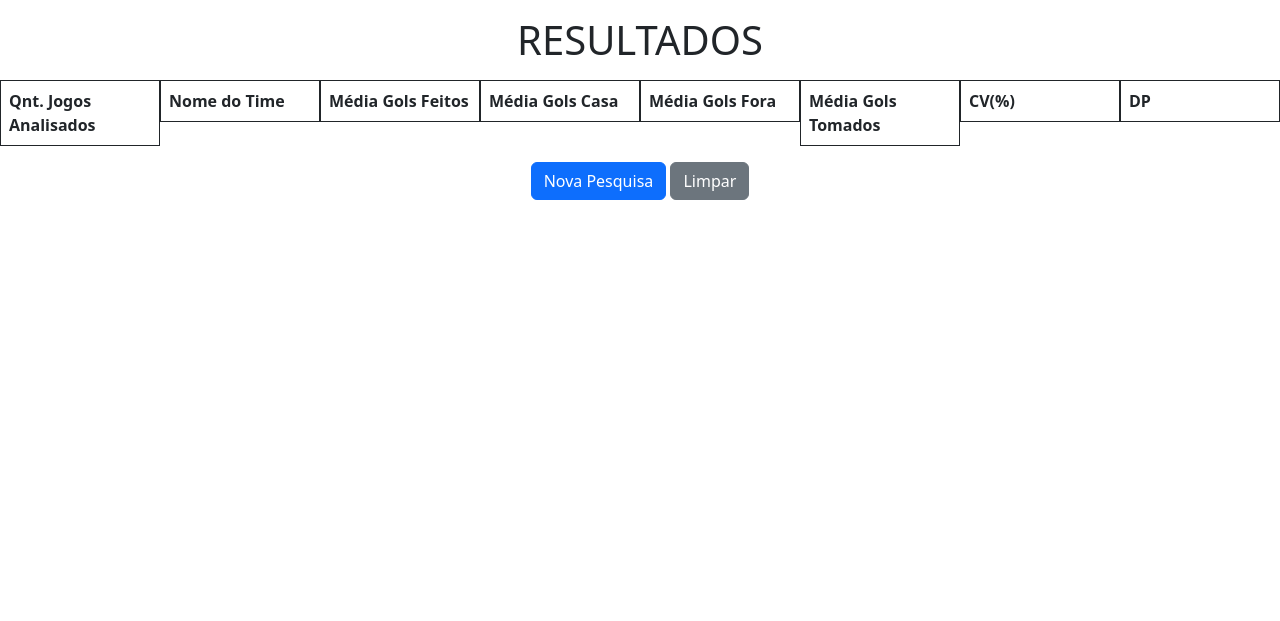
Repository: ricardodamaceno/Coeficiente-de-Variacao-de-Gols
Page: http://localhost/resposta
These files come from the project's save history. The page is drawn as it stood at one moment and after the next save; the edit follows.
The browser window is 1280 px wide. The pictures show the whole page.
The page is this project's Thymeleaf template; nobody is signed in. The template is opened directly, without the code that normally fills it, so the values that code supplies are empty.

Above is the page before, as saved 2022-09-29 19:50:51.

After the next save:
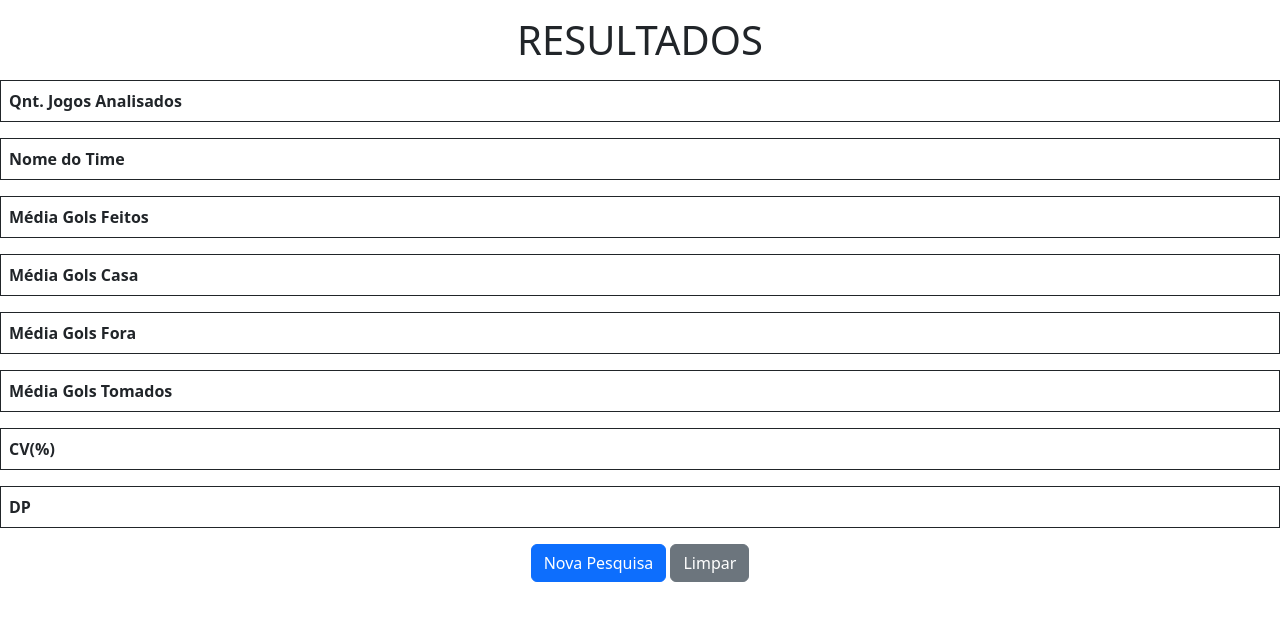
Saved 5 min 35 s later.
--- a/aposta-tozo/src/main/resources/templates/resposta.html
+++ b/aposta-tozo/src/main/resources/templates/resposta.html
@@ -45,7 +45,7 @@
 <body>
 
 	<h1 class="text-center mb-3 mt-3">RESULTADOS</h1>
-	<div class="flex">
+	<div class="flex-grow">
 		<table
 			class="table table-striped table-hover table-bordered border-dark">
 			<thead>

After the 2 saves that followed:
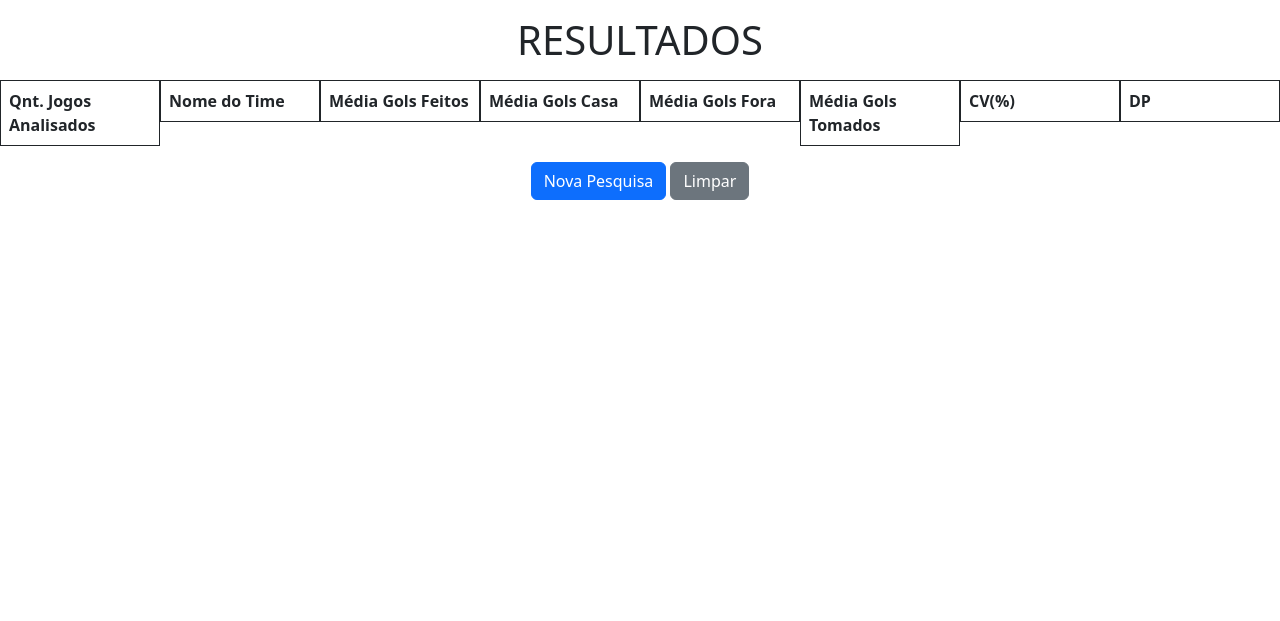
The 2 saves are shown as one change because 1 left the picture as it was.
The last was saved 27 s later.
--- a/aposta-tozo/src/main/resources/templates/resposta.html
+++ b/aposta-tozo/src/main/resources/templates/resposta.html
@@ -45,7 +45,7 @@
 <body>
 
 	<h1 class="text-center mb-3 mt-3">RESULTADOS</h1>
-	<div class="flex-grow">
+	<div class="flex">
 		<table
 			class="table table-striped table-hover table-bordered border-dark">
 			<thead>
